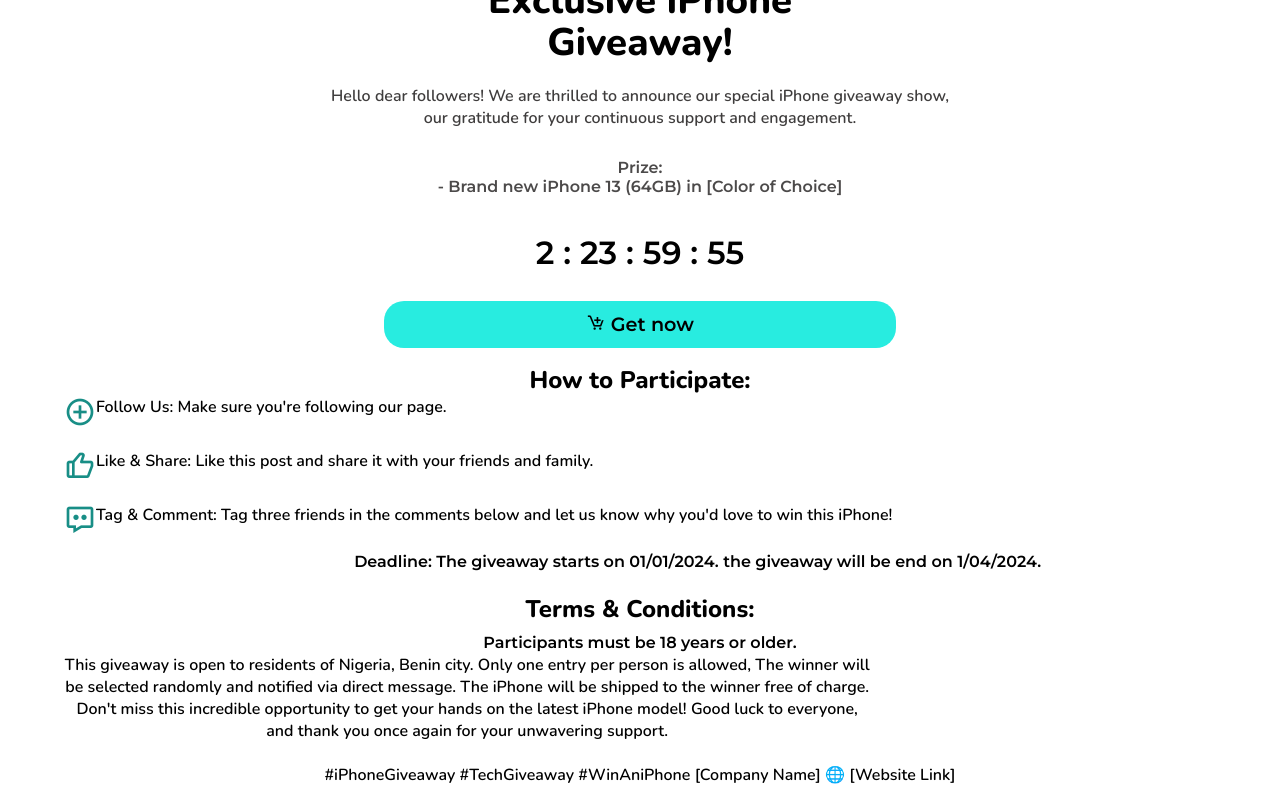
Repository: pasafista/freebie-iphone-webpage
Page: index.html
These files come from the project's save history. The page is drawn as it stood at one moment and after the next save; the edit follows.
The browser window is 1280 px wide. The pictures show the part of the page from y = 792 to 1578 px (the page is 1578 px tall before and 1522 px after).
A picture or video elsewhere on the page could not be fetched, so the positions and the page height are approximate.

Above is the page before, as saved 2024-01-02 01:08:13.

After the next save:
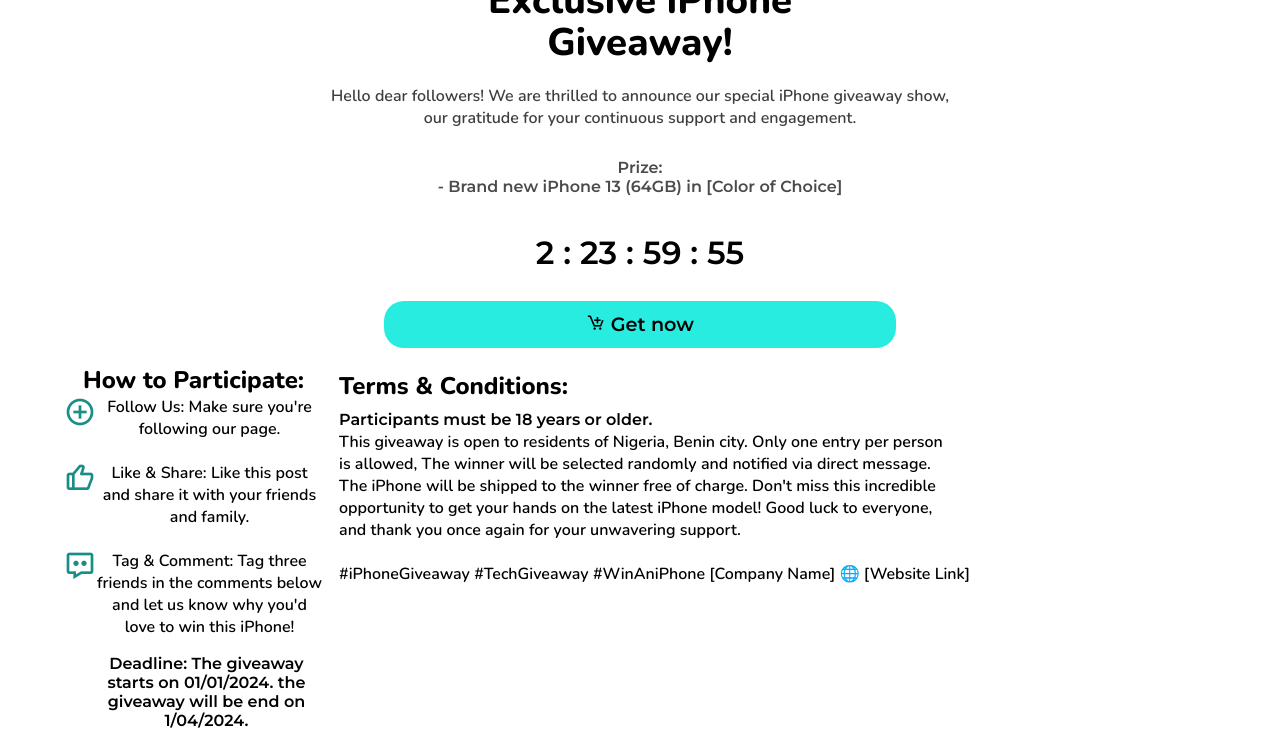
Saved 17 s later.
--- a/style.css
+++ b/style.css
@@ -163,16 +163,6 @@
     box-shadow: 0;
 }
 
-.foot{
-    display: flex;
-    flex-direction: column;
-    text-align: center;
-}
-
-.li{
-    text-align: center;
-}
-
 .Participate{
     text-align: center;
 

After the save that followed:
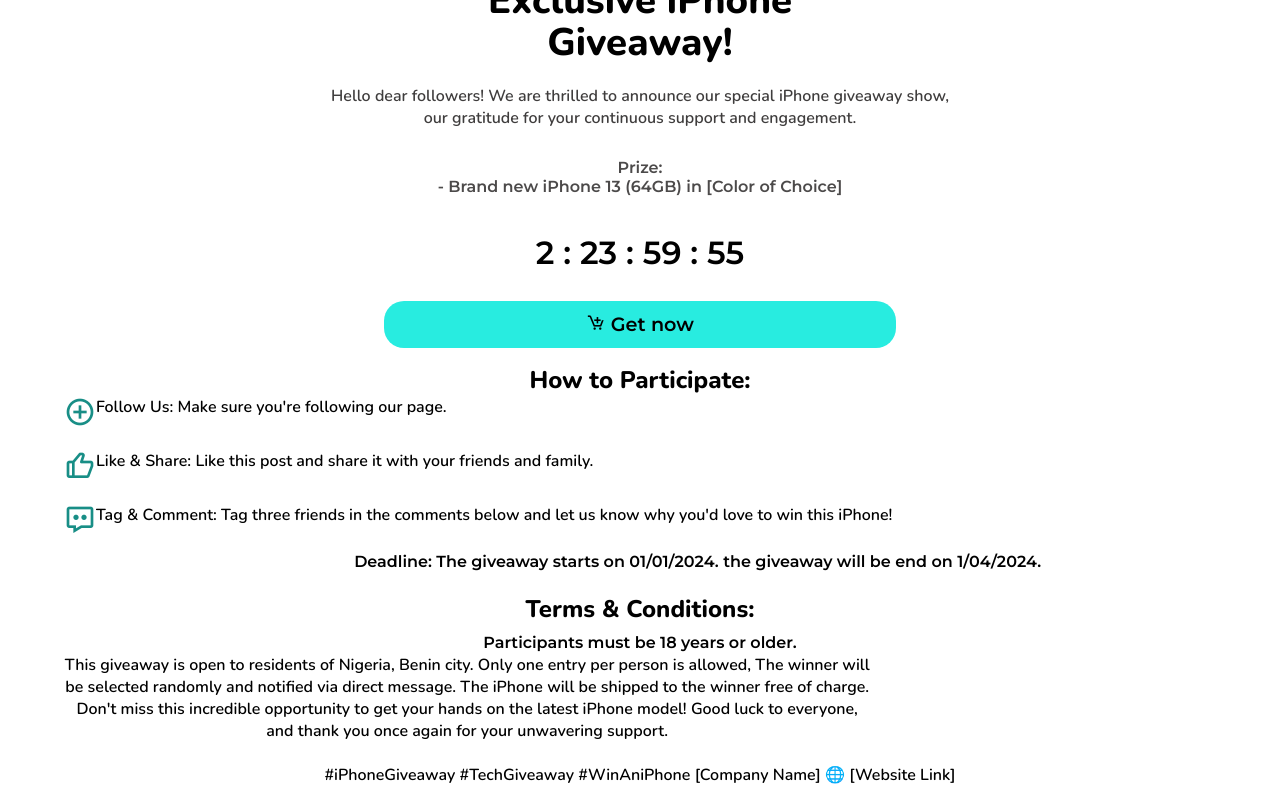
Saved 6 s later.
--- a/style.css
+++ b/style.css
@@ -163,6 +163,16 @@
     box-shadow: 0;
 }
 
+.foot{
+    display: flex;
+    flex-direction: column;
+    text-align: center;
+}
+
+.li{
+    text-align: center;
+}
+
 .Participate{
     text-align: center;
 
